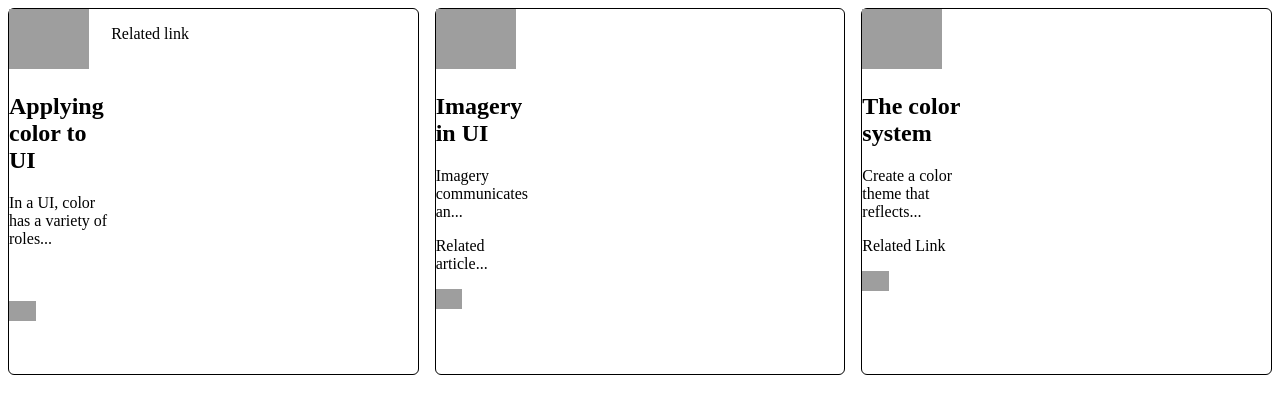
Repository: Sc-Juju/tres-cards
Page: index.html
An editor plug-in stored every save of this project. The page is shown before and after the next save, followed by the edit.
The browser window is 1280 px wide. The pictures show the whole page.
Pictures or frames that could not be fetched are drawn as grey boxes. Some web libraries are served in a nearby version.

Above is the page before, as saved 2022-09-29 14:21:37.

### index.html
<!DOCTYPE html>
<html lang="en">
	<head>
		<link
			rel="stylesheet"
			href="https://cdnjs.cloudflare.com/ajax/libs/font-awesome/6.2.0/css/all.min.css"
			integrity="sha512-xh6O/CkQoPOWDdYTDqeRdPCVd1SpvCA9XXcUnZS2FmJNp1coAFzvtCN9BmamE+4aHK8yyUHUSCcJHgXloTyT2A=="
			crossorigin="anonymous"
			referrerpolicy="no-referrer"
		/>
		<link rel="stylesheet" href="./main.css" />
		<meta charset="UTF-8" />
		<meta http-equiv="X-UA-Compatible" content="IE=edge" />
		<meta name="viewport" content="width=device-width, initial-scale=1.0" />
		<script
			src="https://kit.fontawesome.com/020fb16134.js"
			crossorigin="anonymous"
		></script>
		<title>Tres cards</title>
	</head>
	<body>
		<div class="tres-cards">
			<div class="card">
				<div class="card-image">
					<img
						src="https://cdn.icon-icons.com/icons2/91/PNG/128/color_wheel_16443.png"
						alt="color-wheel"
					/>
					<h2>Applying color to UI</h2>
					<p>In a UI, color has a variety of roles...</p>
				</div>
				<p>Related link</p>
				<img
					src="https://www.pngfind.com/pngs/m/510-5107490_vector-arrow-png-arrow-pointing-to-top-right.png"
					alt="arrow"
					class="arrow"
				/>
			</div>
			<div class="card">
				<div class="card-image">
					<img
						src="https://wac-cdn.atlassian.com/dam/jcr:1a5346ae-771f-4dde-8df8-b76738b612e2/Card-Spot-Illo-Speech-Bubbbles-@2x.png?cdnVersion=543"
						alt="text-cloud"
					/>
					<h2>Imagery in UI</h2>
					<p>Imagery communicates an...</p>
					<p>Related article...</p>
					<img
						src="https://www.pngfind.com/pngs/m/510-5107490_vector-arrow-png-arrow-pointing-to-top-right.png"
						alt="arrow"
						class="arrow"
					/>
				</div>
			</div>
			<div class="card">
				<div class="card-image">
					<img
						src="https://cdn.icon-icons.com/icons2/91/PNG/128/color_wheel_16443.png"
						alt="color-wheel"
					/>
					<h2>The color system</h2>
					<p>Create a color theme that reflects...</p>
					<p>Related Link</p>
					<img
						src="https://www.pngfind.com/pngs/m/510-5107490_vector-arrow-png-arrow-pointing-to-top-right.png"
						alt="arrow"
						class="arrow"
					/>
				</div>
			</div>
		</div>
	</body>
</html>

### main.css
.tres-cards{
    display:grid;
    grid-template-columns:repeat(3,1fr);
    gap:1em;
}
.card{
    border: 1px solid black;
    border-radius: 6px;
    display:grid;
    grid-template-columns:.5fr 1.5fr;
    grid-template-rows:.8fr .2fr;
}
img{
    height:60px;
}
.arrow{
    height: 20px;
}

After the next save:
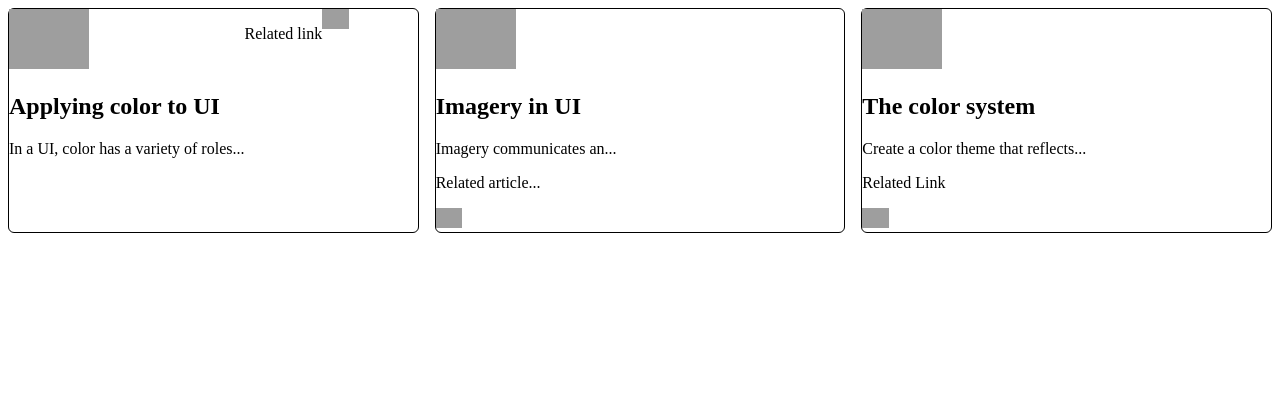
Saved 67 s later.
--- a/main.css
+++ b/main.css
@@ -6,9 +6,7 @@
 .card{
     border: 1px solid black;
     border-radius: 6px;
-    display:grid;
-    grid-template-columns:.5fr 1.5fr;
-    grid-template-rows:.8fr .2fr;
+    display:flex;
 }
 img{
     height:60px;
